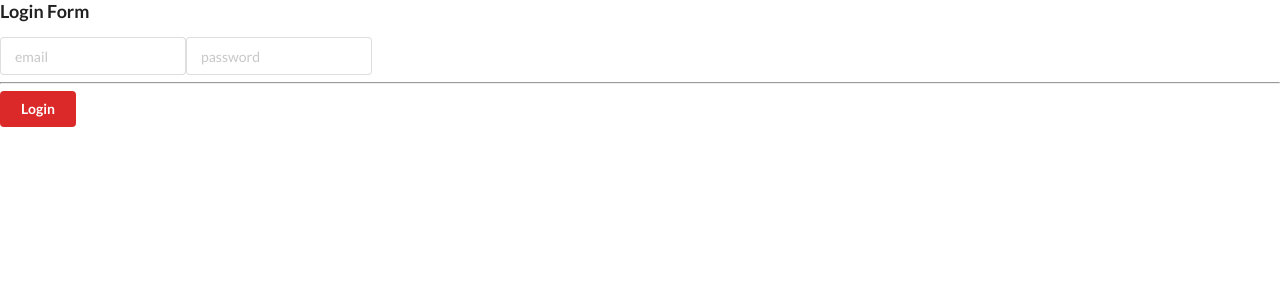
Repository: anagarango/dai-week4-assignment
Page: / (app in dai_web_ex/)
The author's editor kept a copy of each file at every save. The page is drawn from the files as they stood at one save, then again after the next save.
The browser window is 1280 px wide. The pictures show the whole page.
The project was rebuilt for these pictures with package versions that can differ from the ones it lists, and the page was loaded fresh each time. The framework's server and built-in components were replaced by stand-ins that run in the browser. Also part of the build but not shown: dai_web_ex/next.config.js.

Above is the page before, as saved 2022-09-26 15:55:46.

After the next save:
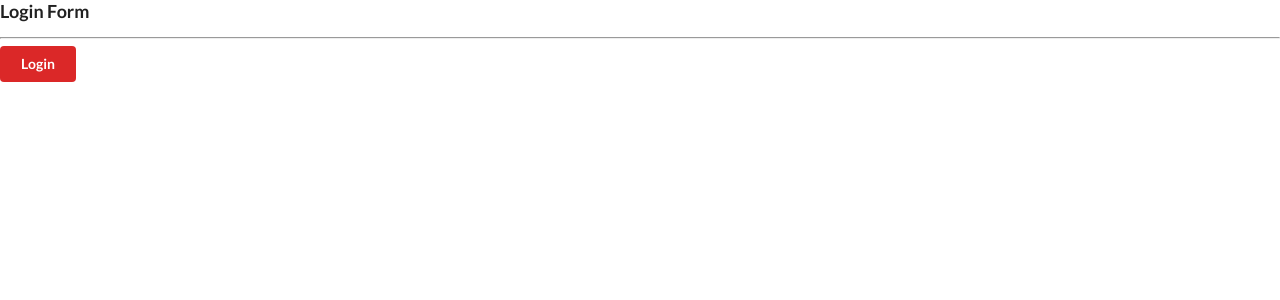
Saved 2 min 19 s later.
--- a/dai_web_ex/comps/index.js
+++ b/dai_web_ex/comps/index.js
@@ -24,8 +24,8 @@ export default function LoginForm({
 
     return <div>
         <h3>Login Form</h3>
-        <Input disabled={logInState !== "before"} placeholder="email"></Input>
-        <Input disabled={logInState !== "before"} placeholder="password"></Input>
+        {/* <Input disabled={logInState !== "before"} placeholder="email"></Input>
+        <Input disabled={logInState !== "before"} placeholder="password"></Input> */}
         <hr></hr>
         <Button color={c} onClick={onLogInClick}>{btn_text}
         {logInState === "during" && <Loader active/>}
